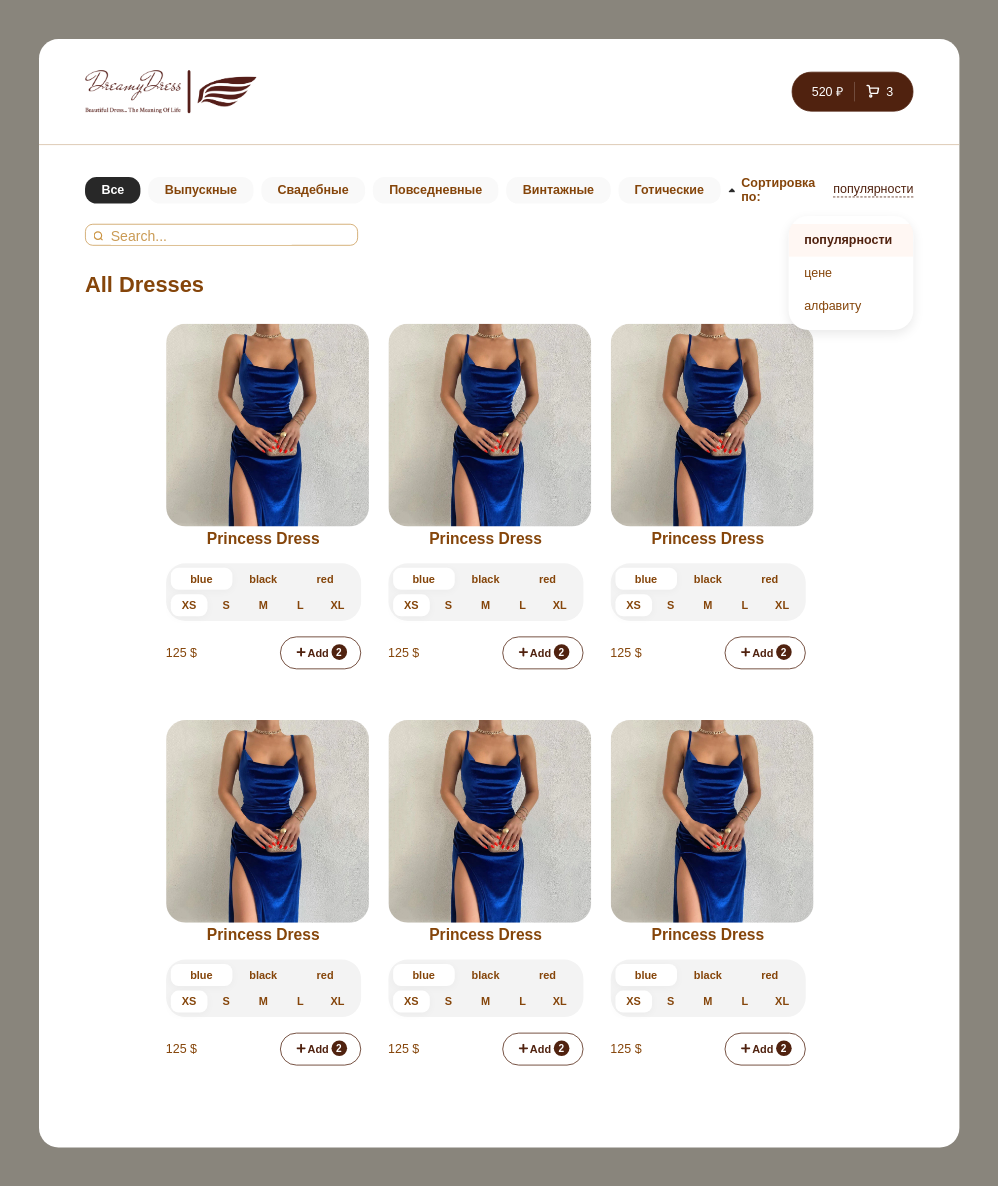
Repository: DisasterWoman/SPA-shop
Page: /
The author's editor kept a copy of each file at every save. The page is drawn from the files as they stood at one save, then again after a run of saves.
The browser window is 1280 px wide. The pictures show the whole page, at 78% of full size.
Some web fonts or font styles are not loaded; a fallback is used. The project was rebuilt for these pictures with package versions that can differ from the ones it lists, and the page was loaded fresh each time.

Above is the page before, as saved 2022-11-29 18:45:47.

### src/App.js
import './scss/app.scss';
import Categories from './components/Categories/Categories';
import DressBlock from './components/DressBlock/DressBlock';
import Header from './components/Header/Header';
import Sort from './components/Sort/Sort';
import SearchBar from './components/SearchBar/SearchBar';

function App() {
  return (
    <div className="wrapper">
      <Header />
      <div className="content">
        <div className="container">
          <div className="content__top">
            <Categories />
            <Sort />
          </div>
          <SearchBar />
          <h2 className="content__title">All Dresses</h2>
          <div className="content__items">
            <DressBlock />
            <DressBlock />
            <DressBlock />
            <DressBlock />
            <DressBlock />
            <DressBlock />
          </div>
        </div>
      </div>
    </div>
  );
}

export default App;

### src/scss/app.scss
@import 'variables.scss';
@import './libs/normalize.scss';
@import './all';

body {
  background-color: $background;
}

.wrapper {
  width: calc(100vw - 100px);
  height: 100%;
  background-color: #fff;
  margin: 50px auto;
  border-radius: 25px;
  max-width: 1400px;
}

.content {
  padding: 40px 0;

  &__title {
    margin: 35px 0;
  }

  &__items {
    display: flex;
    flex-wrap: wrap;
    justify-content: center;
  }

  &__top {
    display: flex;
    align-items: center;
    justify-content: space-between;
  }
}

.container {
  width: $container-width;
  margin: 0 auto;

  &--cart {
    max-width: 820px;
    margin: 90px auto;
    .content__title {
      margin: 0;
    }
  }
}

.cart {
  &__top {
    display: flex;
    justify-content: space-between;
    align-items: center;
  }

  .content__title {
    display: flex;
    align-items: center;
    font-size: 32px;

    svg {
      position: relative;
      top: -2px;
      width: 30px;
      height: 30px;
      margin-right: 10px;
      path {
        stroke: $black;
        strokewidth: 1.9;
      }
    }
  }

  &__clear {
    display: flex;
    align-items: center;
    cursor: pointer;
    @include noselect();

    span {
      display: inline-block;
      margin-left: 7px;
      color: #b6b6b6;
      font-size: 18px;
    }

    span,
    svg,
    path {
      transition: all $duration ease-in-out;
    }

    &:hover {
      svg {
        path {
          stroke: darken($color: #b6b6b6, $amount: 50);
        }
      }
      span {
        color: darken($color: #b6b6b6, $amount: 50);
      }
    }
  }

  &__item {
    display: flex;
    width: 100%;
    border-top: 1px solid $gray-line;
    padding-top: 30px;
    margin-top: 30px;

    &-img {
      display: flex;
      align-items: center;
      margin-right: 15px;
      width: 10%;

      img {
        width: 80px;
        height: 80px;
      }
    }

    &-info {
      display: flex;
      flex-direction: column;
      justify-content: center;
      width: 40%;

      h3 {
        font-weight: bold;
        font-size: 22px;
        line-height: 27px;
        letter-spacing: 0.01em;
      }

      p {
        font-size: 18px;
        color: #8d8d8d;
      }
    }

    &-count {
      display: flex;
      align-items: center;
      justify-content: space-between;
      width: 13%;

      &-minus {
        svg {
          path:first-of-type {
            display: none;
          }
        }
      }

      b {
        font-size: 22px;
      }
    }

    &-price {
      display: flex;
      align-items: center;
      justify-content: center;
      width: 33%;

      b {
        font-weight: bold;
        font-size: 22px;
        letter-spacing: 0.01em;
      }
    }

    &-remove {
      display: flex;
      align-items: center;
      justify-content: flex-end;
      width: 4%;

      .button {
        border-color: darken($color: $gray-line, $amount: 10);
      }

      svg {
        transform: rotate(45deg);

        path {
          fill: darken($color: $gray-line, $amount: 15);
        }
      }

      .button {
        svg {
          width: 11.5px;
          height: 11.5px;
          position: relative;
        }
        &:hover,
        &:active {
          border-color: darken($color: $gray-line, $amount: 80);
          background-color: darken($color: $gray-line, $amount: 80);
        }
      }
    }
  }

  &__bottom {
    margin: 50px 0;

    &-details {
      display: flex;
      justify-content: space-between;

      span {
        font-size: 22px;

        &:last-of-type {
          b {
            color: $brown;
          }
        }
      }
    }

    &-buttons {
      display: flex;
      justify-content: space-between;
      margin-top: 40px;

      .go-back-btn {
        display: flex;
        align-items: center;
        justify-content: center;
        width: 210px;

        border-color: darken($color: $gray-line, $amount: 10);

        span {
          color: darken($color: $gray-line, $amount: 20);
          font-weight: 500;
          font-weight: 600;
        }

        &:hover {
          background-color: darken($color: $gray-line, $amount: 90);
          border-color: darken($color: $gray-line, $amount: 90);

          span {
            color: $gray-line;
          }
        }

        svg {
          margin-right: 12px;
          path {
            fill: transparent;
            strokewidth: 2;
          }
        }
      }

      .pay-btn {
        font-size: 16px;
        font-weight: 600;
        width: 210px;
        padding: 16px;
      }
    }
  }

  &--empty {
    margin: 0 auto;
    width: 560px;
    text-align: center;

    h2 {
      font-size: 32px;
      margin-bottom: 10px;
    }

    p {
      font-size: 18px;
      line-height: 145.4%;
      letter-spacing: 0.01em;
      color: #777777;
    }

    icon {
      position: relative;
      top: 2px;
    }

    img {
      display: block;
      width: 300px;
      margin: 45px auto 60px;
    }

    .button--black {
      padding: 12px 0 14px;
      width: 230px;
      margin: 0 auto;
      font-weight: 600;
      font-size: 18px;
    }
  }
}

### src/components/Categories/Categories.jsx
import React from 'react';

function Categories() {
  return (
    <div className="categories">
      <ul>
        <li className="active">Все</li>
        <li>Выпускные</li>
        <li>Свадебные</li>
        <li>Повседневные</li>
        <li>Винтажные</li>
        <li>Готические</li>
      </ul>
    </div>
  );
}

export default Categories;

### src/components/DressBlock/DressBlock.jsx
import React from 'react';
import { Button } from '../Button/Button';
import './_dress-block.scss';

function DressBlock() {
  return (
    <div className="dress-block">
      <img className="dress-block__image" src="/images/dresses/dress0-blue.webp" alt="Dress" />
      <h4 className="dress-block__title">Princess Dress</h4>
      <div className="dress-block__selector">
        <ul>
          <li className="active">blue</li>
          <li>black</li>
          <li>red</li>
        </ul>
        <ul>
          <li className="active">XS</li>
          <li>S</li>
          <li>M</li>
          <li>L</li>
          <li>XL</li>
        </ul>
      </div>
      <div className="dress-block__bottom">
        <div className="dress-blockk__price">125 $</div>
        <Button/>
      </div>
    </div>
  );
}

export default DressBlock;

### src/components/Header/Header.jsx
import React from 'react';
import './_header.scss';
function Header() {
  return (
    <div className="header">
      <div className="container">
        <div className="header__logo">
          <img width="220" src="/dreamy-dress.png" alt="logo" />
          <div></div>
        </div>
        <div className="header__cart">
          <a href="/cart.html" className="button button--cart">
            <span>520 ₽</span>
            <div className="button__delimiter"></div>
            <svg
              width="18"
              height="18"
              viewBox="0 0 18 18"
              fill="none"
              xmlns="http://www.w3.org/2000/svg"
            >
              <path
                d="M6.33333 16.3333C7.06971 16.3333 7.66667 15.7364 7.66667 15C7.66667 14.2636 7.06971 13.6667 6.33333 13.6667C5.59695 13.6667 5 14.2636 5 15C5 15.7364 5.59695 16.3333 6.33333 16.3333Z"
                stroke="white"
                strokeWidth="1.8"
                strokeLinecap="round"
                strokeLinejoin="round"
              />
              <path stroke="white" strokeWidth="1.8" strokeLinecap="round" strokeLinejoin="round" />
              <path
                d="M4.78002 4.99999H16.3334L15.2134 10.5933C15.1524 10.9003 14.9854 11.176 14.7417 11.3722C14.4979 11.5684 14.1929 11.6727 13.88 11.6667H6.83335C6.50781 11.6694 6.1925 11.553 5.94689 11.3393C5.70128 11.1256 5.54233 10.8295 5.50002 10.5067L4.48669 2.82666C4.44466 2.50615 4.28764 2.21182 4.04482 1.99844C3.80201 1.78505 3.48994 1.66715 3.16669 1.66666H1.66669"
                stroke="white"
                strokeWidth="1.8"
                strokeLinecap="round"
                strokeLinejoin="round"
              />
            </svg>
            <span>3</span>
          </a>
        </div>
      </div>
    </div>
  );
}

export default Header;

### src/components/Sort/Sort.jsx
import React from 'react';
import './_sort.scss';

function Sort() {
  return (
    <div className="sort">
      <div className="sort__label">
        <svg
          width="10"
          height="6"
          viewBox="0 0 10 6"
          fill="none"
          xmlns="http://www.w3.org/2000/svg"
        >
          <path
            d="M10 5C10 5.16927 9.93815 5.31576 9.81445 5.43945C9.69075 5.56315 9.54427 5.625 9.375 5.625H0.625C0.455729 5.625 0.309245 5.56315 0.185547 5.43945C0.061849 5.31576 0 5.16927 0 5C0 4.83073 0.061849 4.68424 0.185547 4.56055L4.56055 0.185547C4.68424 0.061849 4.83073 0 5 0C5.16927 0 5.31576 0.061849 5.43945 0.185547L9.81445 4.56055C9.93815 4.68424 10 4.83073 10 5Z"
            fill="#2C2C2C"
          />
        </svg>
        <b>Сортировка по:</b>
        <span>популярности</span>
      </div>
      <div className="sort__popup">
        <ul>
          <li className="active">популярности</li>
          <li>цене</li>
          <li>алфавиту</li>
        </ul>
      </div>
    </div>
  );
}

export default Sort;

### src/components/SearchBar/SearchBar.jsx
import React, {useState}  from 'react'
import './_searchBar.scss';
function SearchBar() {
  return (
    <div className="search-bar">
      <img
        className="search-bar__icon"
        alt="search"
        src="images/icons/search.svg"
        width={12}
        height={13}
      ></img>
      <input
        placeholder="Search..."
      ></input>
    </div>
  );
}

export default SearchBar

### src/scss/_variables.scss
$black: #85450a;
$background: #89857c;
$gray-line: #d5bda1;
$brown: #50220f;

$container-width: 90%;

$duration: 0.15s;

### src/scss/libs/_normalize.scss
@import url('https://fonts.googleapis.com/css2?family=Anek+Devanagari&display=swap');

*{
  padding: 0;
  margin: 0;
  list-style: none;
  outline: none;
  font-family: 'Anek Devanagari', sans-serif;
  box-sizing: border-box;
}

html {
  -ms-text-size-adjust: 100%;
  -webkit-text-size-adjust: 100%;
}

body {
  -moz-osx-font-smoothing: grayscale;
  -webkit-font-smoothing: antialiased;
  color: $black;
}

a,
span,
p,
b,
h1,
h2,
h3,
h4,
h5 {
  color: $black;
}

h1 {
  font-size: 48px;
}

h2 {
  font-weight: 600;
  font-size: 28px;
  line-height: 30px;
}

a {
  text-decoration: none;
}

@mixin noselect {
  -webkit-touch-callout: none; /* iOS Safari */
  -webkit-user-select: none; /* Safari */
  -khtml-user-select: none; /* Konqueror HTML */
  -moz-user-select: none; /* Old versions of Firefox */
  -ms-user-select: none; /* Internet Explorer/Edge */
  user-select: none; /* Non-prefixed version, currently
                                  supported by Chrome, Opera and Firefox */
}

### src/scss/_all.scss
@import '../components/Header/Header';
@import '../components/Button/button';
@import '../components/Categories/Categories';
@import '../components/Sort/Sort';
@import '../components/DressBlock/dress-block';

### src/components/Header/_header.scss
@import '../../../src/scss/variables';

.header {
  border-bottom: 1px solid $gray-line;
  padding: 40px 0;

  .container {
    display: flex;
    align-items: center;
    justify-content: space-between;
  }

  &__logo {
    display: flex;

    img {
      margin-right: 15px;
    }

    h1 {
      color: #181818;
      font-size: 24px;
      letter-spacing: 1%;
      text-transform: uppercase;
      font-weight: 800;
    }

    p {
      color: #7b7b7b;
    }
  }
}

### src/components/Button/_button.scss
@import '../../../src/scss/variables';

.button {
  display: inline-block;
  background-color: $brown;
  border-radius: 25px;
  padding: 10px 20px;
  min-width: 100px;
  text-align: center;
  cursor: pointer;
  transition: background-color $duration ease-in-out, border-color $duration ease-in-out;
  border: 1px solid transparent;

  &,
  span {
    color: #fff;
  }

  i,
  span,
  path,
  svg {
    transition: all $duration ease-in-out;
  }

  &:hover {
    background-color: darken($brown, 8%);
  }

  &:active {
    background-color: darken($brown, 12%);
    transform: translateY(1px);
  }

  &--circle {
    display: flex;
    align-items: center;
    justify-content: center;
    width: 30px;
    height: 30px;
    min-width: 30px;
    padding: 0;
    border-width: 2px;
  }

  &--black {
    background-color: $black;

    &:hover,
    &:active {
      background-color: lighten($color: $black, $amount: 10);
    }
  }

  &--outline {
    background-color: #fff;
    border-color: $brown;
    &,
    span {
      color: $brown;
    }

    svg {
      path {
        fill: $brown;
      }
    }

    &:hover {
      background-color: $brown;

      &,
      span {
        color: #fff;
      }

      svg {
        path {
          fill: #fff;
        }
      }
    }

    &:active {
      background-color: darken($brown, 8%);
    }
  }

  &__delimiter {
    width: 1px;
    height: 25px;
    background-color: rgba(255, 255, 255, 0.25);
    margin-left: 14px;
    margin-right: 14px;
  }

  &--add {
    svg {
      margin-right: 2px;
    }

    span {
      font-weight: 600;
      font-size: 14px;
    }

    &:hover {
      i {
        background-color: #fff;
        color: $brown;
      }
    }

    i {
      display: inline-block;
      border-radius: 30px;
      background-color: $brown;
      color: #fff;
      font-weight: 600;
      width: 20px;
      height: 20px;
      font-style: normal;
      font-size: 13px;
      line-height: 22px;
      position: relative;
      top: -1px;
      left: 3px;
    }
  }

  &--cart {
    display: flex;
    align-items: center;
    line-height: 23px;
    padding: 12px 25px;
    border-color: $brown;

    svg {
      margin-right: 8px;
      margin-bottom: 1px;
    }

    span {
      font-weight: 500;
      font-size: 16px;
    }
  }
}

### src/components/Categories/_categories.scss
@import '../../../src/scss/variables';

.categories {
  ul {
    display: flex;

    li {
      background-color: #f9f9f9;
      padding: 8px 21px;
      border-radius: 15px;
      margin-right: 10px;
      font-weight: bold;
      cursor: pointer;
      transition: background-color 0.1s ease-in-out;
      @include noselect();

      &:hover {
        background-color: darken(#f9f9f9, 2%);
      }

      &:active {
        background-color: darken(#f9f9f9, 5%);
      }

      &.active {
        background-color: #282828;
        color: #fff;
      }
    }
  }
}

### src/components/Sort/_sort.scss
@import '../../../src/scss/variables';

.sort {
  position: relative;
  &__label {
    display: flex;
    align-items: center;

    svg {
      margin-right: 8px;
    }

    b {
      margin-right: 8px;
    }

    span {
      color: $brown;
      border-bottom: 1px dashed $brown;
      cursor: pointer;
    }
  }

  &__popup {
    position: absolute;
    right: 0;
    margin-top: 15px;
    background: #ffffff;
    box-shadow: 0px 5px 15px rgba(0, 0, 0, 0.09);
    border-radius: 25px;
    overflow: hidden;
    padding: 10px 0;
    width: 160px;

    ul {
      overflow: hidden;
      li {
        padding: 12px 20px;
        cursor: pointer;

        &.active,
        &:hover {
          background: rgba(254, 95, 30, 0.05);
        }

        &.active {
          font-weight: bold;
          color: $brown;
        }
      }
    }
  }
}

### src/components/DressBlock/_dress-block.scss
@import '../../../src/scss/variables';

.dress-block {
  width: 250px;
  text-align: center;
  margin-bottom: 65px;
  margin-right: 35px;
  // &:not(:nth-of-type(4n)) {
  //   margin-right: 35px;
  // }

  &__image {
    border-radius: 25px;
    width: 260px;
  }

  &__title {
    font-size: 20px;
    font-weight: 900;
    letter-spacing: 1%;
    margin-bottom: 20px;
  }

  &__selector {
    display: flex;
    background-color: #f3f3f3;
    border-radius: 25px;
    flex-direction: column;
    padding: 6px;

    ul {
      display: flex;
      flex: 1;

      &:first-of-type {
        margin-bottom: 6px;
      }

      li {
        padding: 6px;
        flex: 1;
        cursor: pointer;
        font-weight: 600;
        font-size: 14px;
        &.active {
          background: #ffffff;
          box-shadow: 0px 2px 11px rgba(0, 0, 0, 0.04);
          border-radius: 10px;
          cursor: auto;
        }
      }
    }
  }

  &__bottom {
    display: flex;
    align-items: center;
    justify-content: space-between;
    margin-top: 20px;
  }

  &__price {
    font-weight: bold;
    font-size: 22px;
    line-height: 27px;
    letter-spacing: 0.015em;
  }
}

### src/components/Button/Button.jsx
export const Button = () => {
    return (
      <div className="button button--outline button--add">
        <svg
          width="12"
          height="12"
          viewBox="0 0 12 12"
          fill="none"
          xmlns="http://www.w3.org/2000/svg"
        >
          <path
            d="M10.8 4.8H7.2V1.2C7.2 0.5373 6.6627 0 6 0C5.3373 0 4.8 0.5373 4.8 1.2V4.8H1.2C0.5373 4.8 0 5.3373 0 6C0 6.6627 0.5373 7.2 1.2 7.2H4.8V10.8C4.8 11.4627 5.3373 12 6 12C6.6627 12 7.2 11.4627 7.2 10.8V7.2H10.8C11.4627 7.2 12 6.6627 12 6C12 5.3373 11.4627 4.8 10.8 4.8Z"
            fill="white"
          />
        </svg>
        <span>Add</span>
        <i>2</i>
      </div>
    );
}

### src/components/SearchBar/_searchBar.scss
@import '../../../src/scss/variables';

.search-bar{
   width: 350px;
  margin-top: 25px;
  border: 1px solid #CA9B55;
  border-radius: 10px;
  padding: 0 10px;
  position: relative;
  &__icon{
    margin-right: 10px;
    margin-top: 8px;
  }
  input{
    font-size: 18px;
    outline-offset: 0;
    outline: none;
    border: none;
    color: #7e4e05;
  }
     ::placeholder {
      color: #CA9B55;
      opacity: 1;
    }

}

Loaded but not shown: public/index.html (common file); src/index.js (common file)

After the next 4 saves:
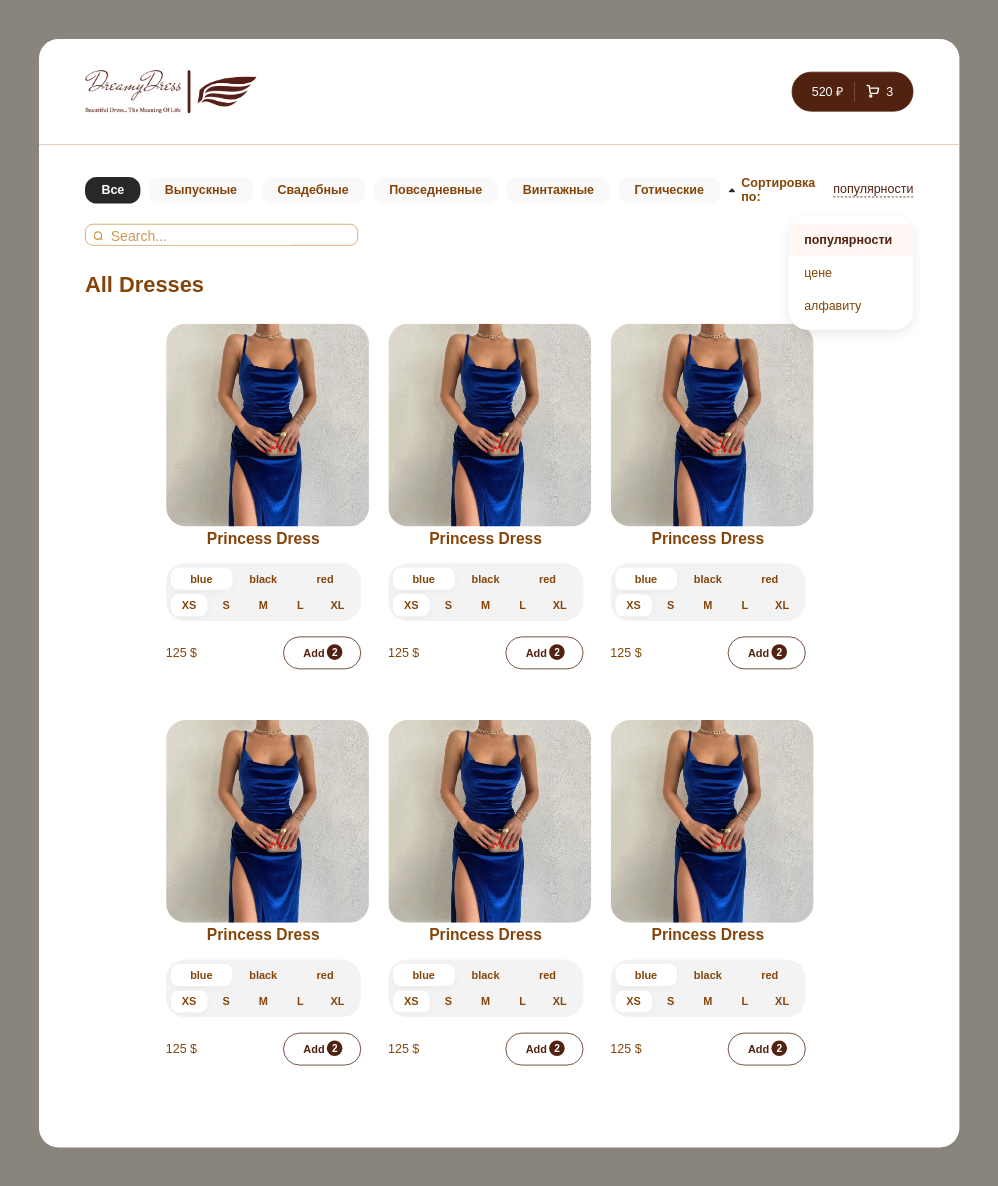
The 4 saves are shown as one change because they came seconds apart.
The last was saved 13 s later.
--- a/src/components/Button/Button.jsx
+++ b/src/components/Button/Button.jsx
@@ -1,18 +1,7 @@
 export const Button = () => {
     return (
       <div className="button button--outline button--add">
-        <svg
-          width="12"
-          height="12"
-          viewBox="0 0 12 12"
-          fill="none"
-          xmlns="http://www.w3.org/2000/svg"
-        >
-          <path
-            d="M10.8 4.8H7.2V1.2C7.2 0.5373 6.6627 0 6 0C5.3373 0 4.8 0.5373 4.8 1.2V4.8H1.2C0.5373 4.8 0 5.3373 0 6C0 6.6627 0.5373 7.2 1.2 7.2H4.8V10.8C4.8 11.4627 5.3373 12 6 12C6.6627 12 7.2 11.4627 7.2 10.8V7.2H10.8C11.4627 7.2 12 6.6627 12 6C12 5.3373 11.4627 4.8 10.8 4.8Z"
-            fill="white"
-          />
-        </svg>
+      <img className=""></img>
         <span>Add</span>
         <i>2</i>
       </div>
